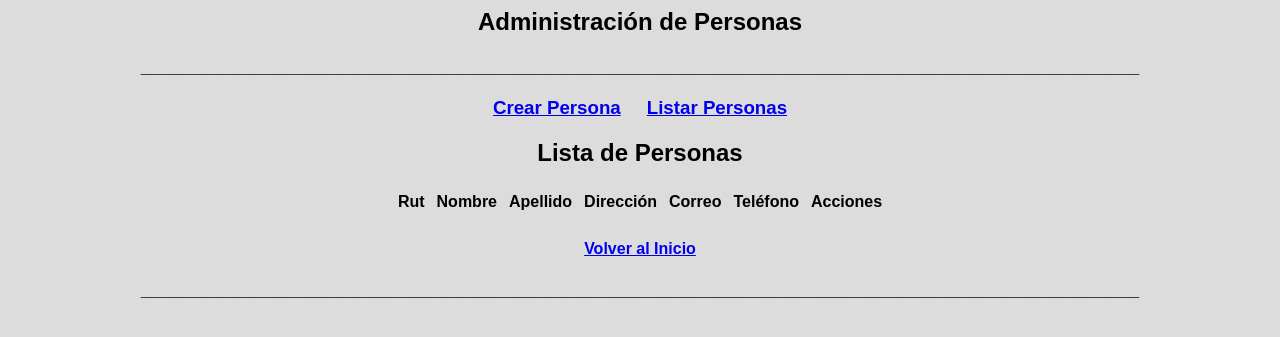
Repository: miguelalvarezcl/examen
Page: http://localhost/CtaCorriente/listPersonabd
These files come from the project's save history. The page is drawn as it stood at one moment and after the next save; the edit follows.
The browser window is 1280 px wide. The pictures show the whole page.
The page is served by Tomcat 9. Queries for data that is not in the repository find no rows.

Above is the page before, as saved 2021-11-13 21:51:22.

After the next save:
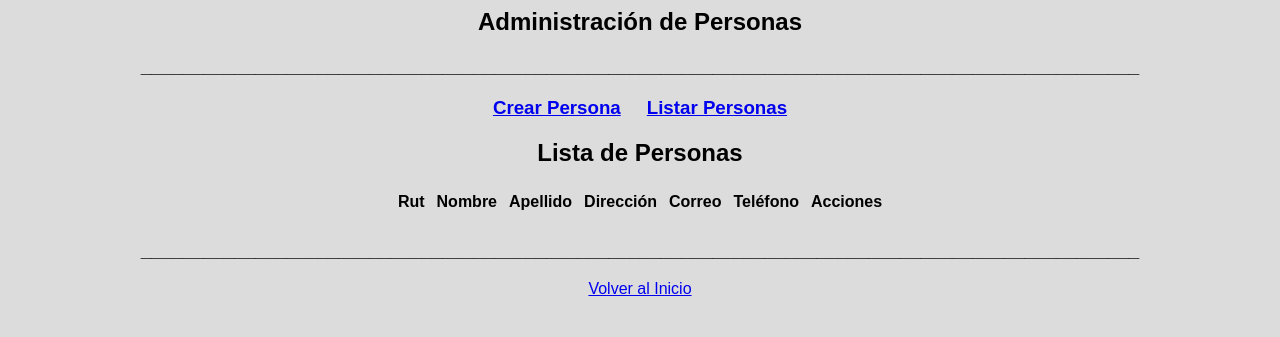
Saved 25 s later.
--- a/CtaCorriente/WebContent/ListaPersonas.jsp
+++ b/CtaCorriente/WebContent/ListaPersonas.jsp
@@ -49,9 +49,8 @@
     </div>
         <center>
             <h4>
-
+            <h3>________________________________________________________________________________________________</h3>
             <a href="/CtaCorriente/home.jsp">Volver al Inicio</a>
-            <h3>________________________________________________________________________________________________</h3>
             </h4>
         </center>
 </body>
